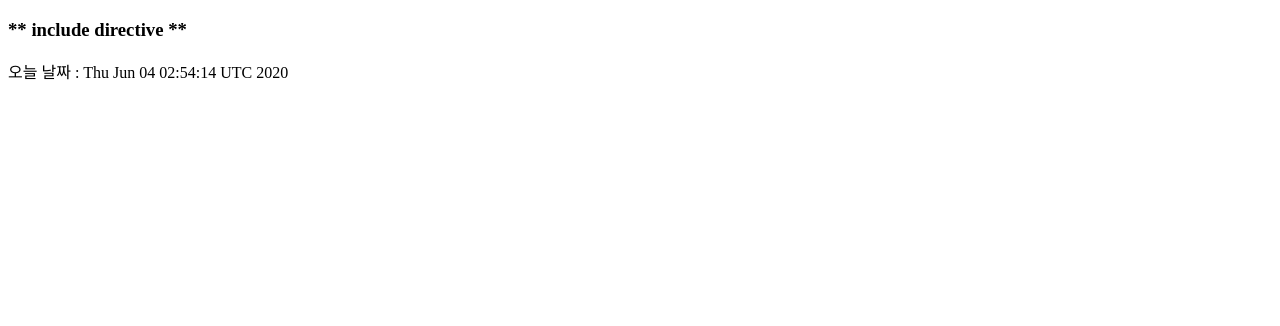
Repository: dahye1013/java-basic-learning
Page: http://localhost/memberJSP/exam/main.jsp
An editor plug-in stored every save of this project. The page is shown before and after a run of saves, followed by the edit.
The browser window is 1280 px wide. The pictures show the whole page.
The page is served by Tomcat 9. Other server files are loaded and not shown.

Above is the page before, as saved 2020-06-09 01:17:28.

### memberJSP/WebContent/exam/main.jsp
<%@ page language="java" contentType="text/html; charset=EUC-KR"
    pageEncoding="EUC-KR"%>
<!DOCTYPE html>
<html>
<head>
<meta charset="EUC-KR">
<title>Insert title here</title>
</head>
<body>
<h3>** include directive **</h3>
<%@ include file="today.jsp" %>
</body>
</html>

### memberJSP/WebContent/exam/today.jsp
<%@page import="java.util.Date"%>
<%@ page language="java" contentType="text/html; charset=EUC-KR"
    pageEncoding="EUC-KR"%>

오늘 날짜 : <%= new Date() %>

### memberJSP/WebContent/exam/image.jsp
<%@ page language="java" contentType="text/html; charset=EUC-KR"
    pageEncoding="EUC-KR"%>
<!DOCTYPE html>
<html>
<head>
<meta charset="EUC-KR">
<title>Insert title here</title>
</head>
<body>
<img src="../image/aa.PNG" width=170 height=150>
<img src="../image/bb.PNG">
<img src="../image/cc.PNG">

</body>
</html>

After the next 2 saves:
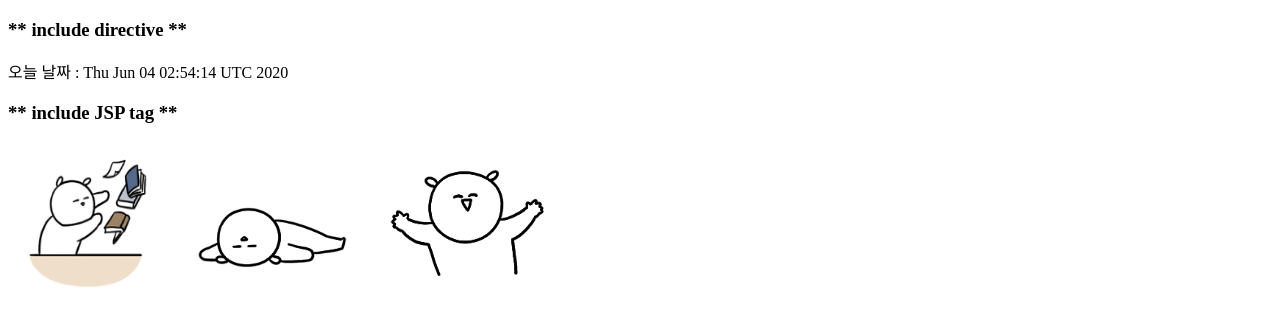
The 2 saves are shown as one change because 1 did not build or start.
The last was saved 15 min 36 s later.
--- a/memberJSP/WebContent/exam/main.jsp
+++ b/memberJSP/WebContent/exam/main.jsp
@@ -9,5 +9,8 @@
 <body>
 <h3>** include directive **</h3>
 <%@ include file="today.jsp" %>
+
+<h3>** include JSP tag **</h3>
+<jsp:include page="image.jsp"/>
 </body>
 </html>
